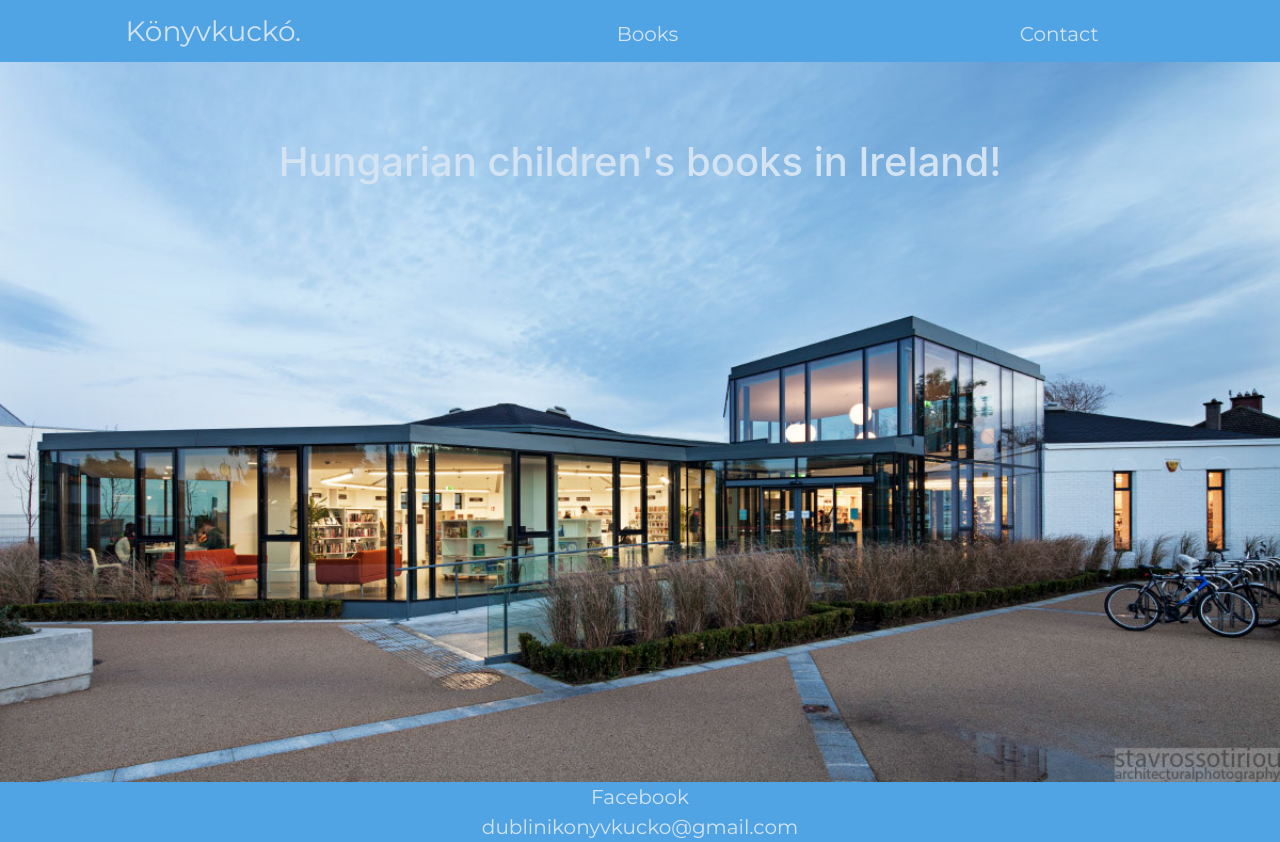
Repository: taikatta/Konyvkucko
Page: index.html
The author's editor kept a record of every edit. The page is drawn from the files as they stood at one moment, then again after the next edit.
The browser window is 1280 px wide. The pictures show the whole page.
Backgrounds fixed to the window are drawn as part of the page.

Above is the page before.

### index.html
<!DOCTYPE html>
<html lang="en">

<head>
    <meta charset="UTF-8">
    <meta name="viewport" content="width=device-width, initial-scale=1.0">
    <meta http-equiv="X-UA-Compatible" content="ie=edge">
    <link rel="stylesheet" href="https://stackpath.bootstrapcdn.com/bootstrap/4.3.1/css/bootstrap.min.css" type="text/css" />
    <link rel="stylesheet" href="https://stackpath.bootstrapcdn.com/font-awesome/4.7.0/css/font-awesome.min.css" type="text/css" />
    <link rel="stylesheet" href="css/style.css" type="text/css" />
    <title>Dublini Magyar Könyvkuckó</title>
</head>

<body>
    <header>
        <div class="row no-gutters">
            <a href="index.html" style="text-decoration: none" class="col-md-4 brand">Könyvkuckó.</a>
            <div class="col-md-8 d-none d-md-block">
                <div class="col">
                    <ul id="nav" class="list-inline menucontainer">
                        <li class="col-6 list-inline-item menuitem">
                            <a href="books.html"><span>Books</span></a>
                        </li>
                        <li class="col-6 list-inline-item menuitem">
                            <a href="contact.html"><span>Contact</span></a>
                        </li>
                    </ul>
                </div>
            </div>
        </div>
    </header>
    <section>
        <div class="home-background">
            <h1 class="introduction"><a href="books.html" style="text-decoration: none; color: #d4e3f2">Hungarian children's books in Ireland!</a></h1>
        </div>
    </section>
    <footer>
        <div>
            <a href="https://www.facebook.com/konyvkucko/" target="_blank" style="text-decoration: none">
                <span style="color: #d4e3f2">Facebook</span></a>
            <br>
            <span>dublinikonyvkucko@gmail.com</span>
        </div>
    </footer>
</body>
</html>

### css/style.css
@import url('https://fonts.googleapis.com/css?family=Montserrat&display=swap:100, 200, 300, 400, 500, 600, 700');

/*--------------------------------------------Colors*/



/*--------------------------------------------Heading*/

header, footer {
    margin: 0;
    background-color: #51a4e3; /* #1d7fcf; */
    text-align: center;
}



span:last-child {
    font-family: "Montserrat", sans-serif;
    font-weight: 100;
    font-size: 20px;
    color: #d4e3f2;
}


.list-inline-item:not(:last-child) {
    margin: 0;
}

.menucontainer {
    font-size: 0;
    min-height: 60px;
}

.menuitem a {
    width: 100%;
    text-decoration: none;
}

#nav li {
    font-family: "Montserrat", sans-serif;
    font-weight: 200;
    font-size: 28px;
    margin-top: 10px;
    margin-bottom: 10px;
    text-align: center;

}

#nav span {
    color: #d4e3f2;
}

.brand {
    color: #d4e3f2;
    font-family: "Montserrat", sans-serif;
    font-weight: 200;
    font-size: 28px;
    margin-top: 10px;
    margin-bottom: 10px;
    text-align: center;
}

.brand:hover {
    color: #d4e3f2;
}

#nav {
    margin: 0;
}


.page-title h1 {
    padding-top: 10px;
    text-align: center;
}

.container {
    padding: 10px 0;
    background-color: #d4e3f2;

}

/*
.container:not(:last-child) {
    margin-right: 10px;

}
*/

#button1, #button2, #button3, #button4 {
    margin-top: 10px;
    margin-bottom: 10px;
}


.home-background {
    height: 100vh;
    background: url("../images/deansgrange1.jpg") no-repeat bottom right fixed;
    -webkit-background-size: cover;
    -moz-background-size: cover;
    -o-background-size: cover;
    background-size: cover;
    display: flex;
    align-items: center;
    justify-content:center;
    position: relative;
}

.introduction {
    color: black; /*#d4e3f2; */
    text-align: center;
    height: 560px;
}

After the next edit:
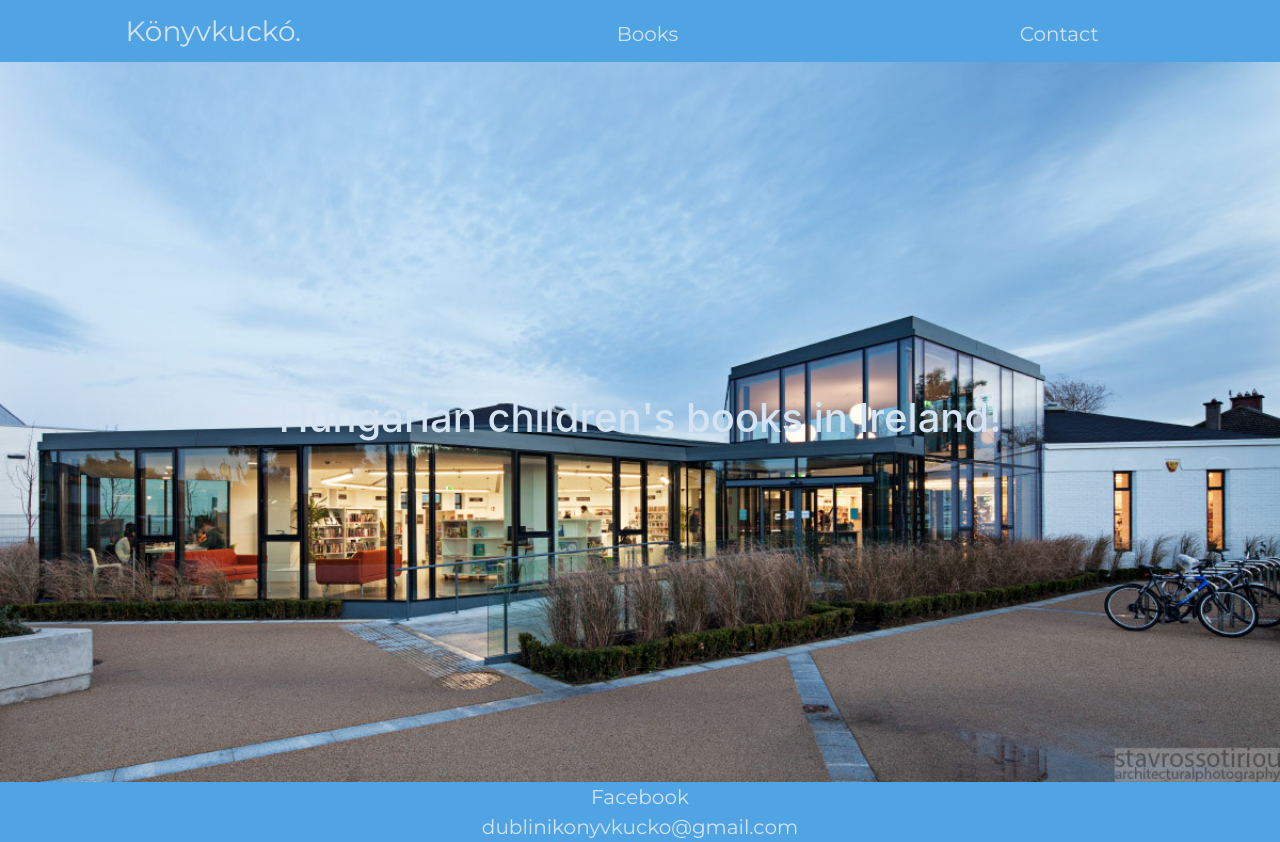
The edit:
--- a/css/style.css
+++ b/css/style.css
@@ -105,9 +105,3 @@
     justify-content:center;
     position: relative;
 }
-
-.introduction {
-    color: black; /*#d4e3f2; */
-    text-align: center;
-    height: 560px;
-}
